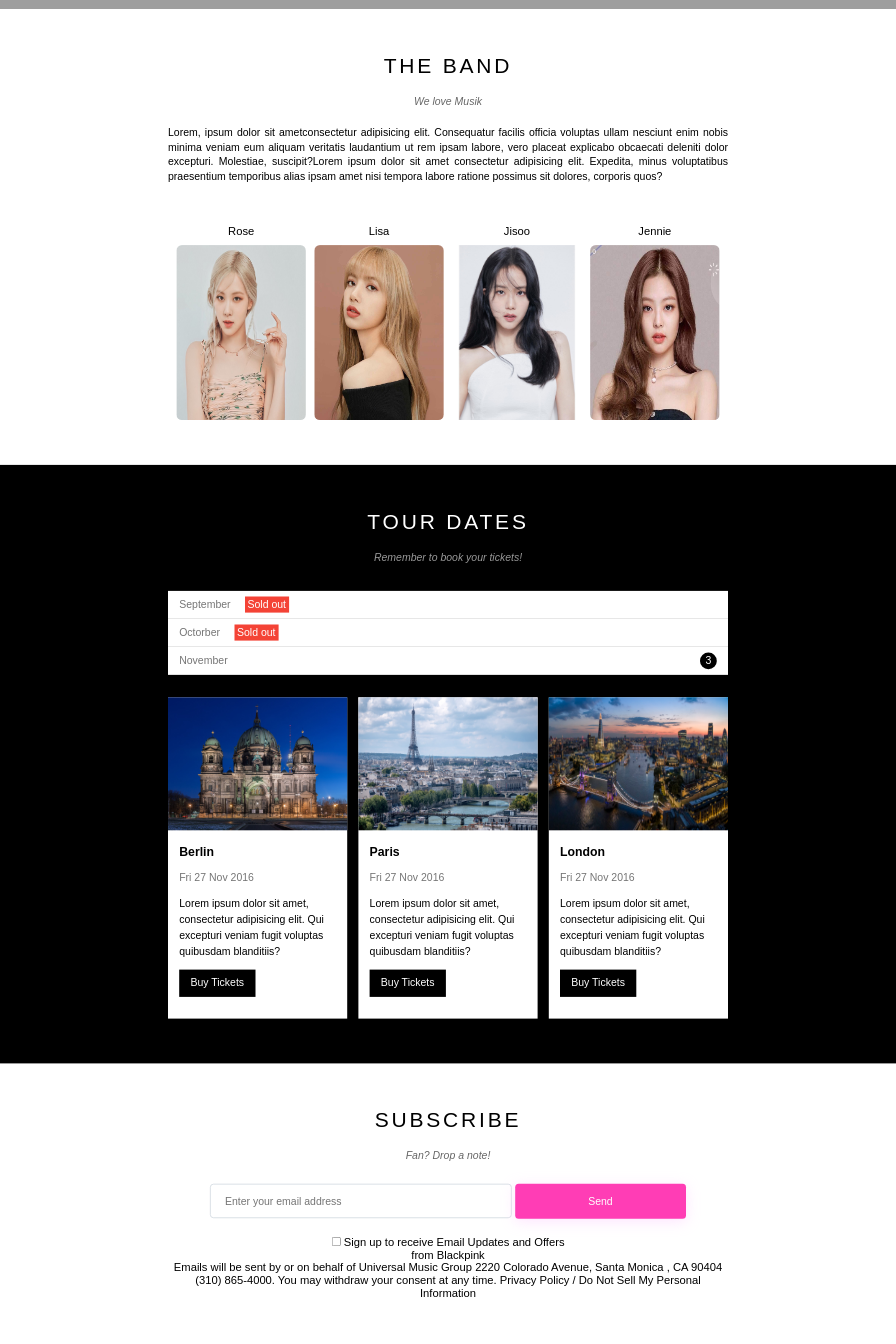
Repository: AiTrinh303/First-Project
Page: /
An editor plug-in stored every save of this project. The page is shown before and after the next save, followed by the edit.
The browser window is 1280 px wide. The pictures show the part of the page from y = 673 to 2593 px (the page is 2593 px tall before and 2561 px after), at 70% of full size.
Pictures or frames that could not be fetched are drawn as grey boxes. The project was rebuilt for these pictures with package versions that can differ from the ones it lists, and the page was loaded fresh each time.

Above is the page before, as saved 2024-01-23 10:20:46.

### index.html
<!DOCTYPE html>
<html lang="en">
<head>
    <meta charset="UTF-8">
    <meta name="viewport" content="width=device-width, initial-scale=1.0">
    <title>Singer Website</title>
    <link rel="stylesheet" href="./fonts/themify-icons-font/themify-icons/themify-icons.css">
    <link rel="stylesheet" href="./src/styles/main.css">
</head>
<body>
   <div id="main">

        <div id="header">
            <ul id="nav">
                <li><a href="">Home</a></li>
                <li><a href="">Band</a></li>
                <li><a href="">Tour</a></li>
                <li><a href="">Contact</a></li>
                <li>
                    <a href="#">
                        More
                        <i class="nav-arrown-down ti-angle-down"></i>
                     </a>
                    <ul class="subnav">
                        <li><a href="">Merchandise</a></li>
                        <li><a href="">Extras</a></li>
                        <li><a href="">Media</a></li>
                    </ul>
                </li>
            </ul>

            <div class="search-btn">
                <i class="search-icon ti-search"></i>

            </div>
        </div>

        <div id="slider">

            <div class="text-content">
                <h2 class="text-heading">Black Pink</h2>
                <p class="text-description">Lorem ipsum dolor, sit amet consectetur adipisicing elit. Harum, nemo!</p>
            </div>

        </div>

        <div id="content">
            <!-- About Section -->
            <div class="content-section">
                <h2 class="section-heading">THE BAND</h2>
                <p class="section-sub-heading">We love Musik</p>
                <p class="about-text">Lorem, ipsum dolor sit ametconsectetur adipisicing elit. Consequatur facilis officia voluptas ullam nesciunt enim nobis minima veniam eum aliquam veritatis laudantium ut rem ipsam labore, vero placeat explicabo obcaecati deleniti dolor excepturi. Molestiae, suscipit?Lorem ipsum dolor sit amet consectetur adipisicing elit. Expedita, minus voluptatibus praesentium temporibus alias ipsam amet nisi tempora labore ratione possimus sit dolores, corporis quos?</p>

                <div class="members-list">
                    <div class="member-item">
                        <p class="member-name">Rose</p>
                        <img src="./src/img/rose.png " alt="Rose" class="member-img" >
                    </div>

                    <div class="member-item">
                        <p class="member-name">Lisa</p>
                        <img src="./src/img/Lisa2.jpg" alt="Lisa" class="member-img" >
                    </div>

                    <div class="member-item">
                        <p class="member-name">Jisoo</p>
                        <img src="./src/img/jisoo.jpeg" alt="Jisoo" class="member-img" >
                    </div>

                    <div class="member-item">
                        <p class="member-name">Jennie</p>
                        <img src="./src/img/Jennie.jpg" alt="Jennie" class="member-img" >
                    </div>
                </div>
            </div>

            <!-- Tour Section -->
            <div class="tour-section">

                <div class="content-section">
                    <h2 class="section-heading text-white">TOUR DATES</h2>
                    <p class="section-sub-heading text-white">Remember to book your tickets!</p>

                    <ul class="tickets-list">
                        <li>September <span class="sold-out">Sold out</span></li>
                        <li>Octorber <span class="sold-out">Sold out</span></li>
                        <li>November <span class="quantity">3</span></li>
                    </ul>

                    <div class="places-list">
                        <div class="place-item">
                            <img src="./src/img/Berlin.jpg" alt="Berlin" class="place-img" >
                            <div class="place-body">
                                <h3 class="place-heading">Berlin</h3>
                                <p class="place-time">Fri 27 Nov 2016</p>
                                <p class="place-desc">Lorem ipsum dolor sit amet, consectetur adipisicing elit. Qui excepturi veniam fugit voluptas quibusdam blanditiis?</p>
                                <a href="#" class="place-btn">Buy Tickets</a>
                            </div>
                        </div>

                        <div class="place-item">
                            <img src="./src/img/Paris.jpg" alt="Paris" class="place-img" >
                            <div class="place-body">
                                <h3 class="place-heading">Paris</h3>
                                <p class="place-time">Fri 27 Nov 2016</p>
                                <p class="place-desc">Lorem ipsum dolor sit amet, consectetur adipisicing elit. Qui excepturi veniam fugit voluptas quibusdam blanditiis?</p>
                                <a href="#" class="place-btn">Buy Tickets</a>
                            </div>
                        </div>

                        <div class="place-item">
                            <img src="./src/img/London.jpeg" alt="London" class="place-img">
                            <div class="place-body">
                                <h3 class="place-heading">London</h3>
                                <p class="place-time">Fri 27 Nov 2016</p>
                                <p class="place-desc">Lorem ipsum dolor sit amet, consectetur adipisicing elit. Qui excepturi veniam fugit voluptas quibusdam blanditiis?</p>
                                <a href="#" class="place-btn">Buy Tickets</a>
                            </div>
                        </div>
                    </div>
                </div>

            </div>

            <!-- Contact Section -->
            <!-- Contact -->
            <div id="contact">
                <div class="content-section">
                    <h2 class="section-heading">SUBSCRIBE</h2>
                    <p class="section-sub-heading">Fan? Drop a note!</p>
                    <div class="form-wrap">

                        <div class="form">
                            <input type="email" class="form__email" placeholder="Enter your email address" />
                            <button class="form__button">Send</button>
                        </div>
                        <div class="notice">
                            <input type="checkbox">
                            <span class="notice__copy">Sign up to receive Email Updates and Offers from Blackpink</span>
                        </div>
                        <p class="form-notice">Emails will be sent by or on behalf of Universal Music Group 2220 Colorado Avenue, Santa Monica , CA 90404 (310) 865-4000. You may withdraw your consent at any time. Privacy Policy / Do Not Sell My Personal Information</p>
                    </div>
                </div>
            </div>






        <div id="footer">

        </div>

   </div>
</body>
</html>

### src/styles/main.css
* {
  padding: 0;
  margin: 0;
  box-sizing: border-box;
}

html {
  scroll-behavior: smooth;
  font-family: Arial, Helvetica, sans-serif;
}

.text-white {
  color: white;
}

#header {
  height: 46px;
  background-color: #000;
  position: fixed;
  top: 0;
  left: 0;
  right: 0;
  z-index: 1;
}

#nav {
  display: inline-block;
}

#nav, .subnav {
  list-style: none;
}

#nav > li {
  display: inline-block;
}

#nav li {
  position: relative;
}

#nav > li > a {
  color: #fff;
  text-transform: uppercase;
}

#nav li a {
  color: #fff;
  text-decoration: none;
  line-height: 46px;
  padding: 0 24px;
  display: block;
}

#nav li:hover .subnav {
  display: block;
}

#nav > li:hover > a,
#nav .subnav li:hover a {
  color: #000;
  background-color: #ccc;
}

#nav .subnav {
  display: none;
  min-width: 160px;
  position: absolute;
  background-color: #fff;
  box-shadow: 0 0 10px rgba(0, 0, 0, 0.3);
  top: 100%;
  left: 0;
}

#nav .nav-arrown-down {
  font-size: 14px;
}

#nav .subnav a {
  color: #000;
  padding: 0 12px;
  line-height: 38px;
}

#header .search-btn {
  float: right;
  padding: 0 21px;
}

#header .search-btn:hover {
  background-color: #f44336;
  cursor: pointer;
}

#header .search-icon {
  color: #fff;
  font-size: 20px;
  line-height: 46px;
}

#slider {
  position: relative;
  margin-top: 46px;
  padding-top: 50%;
  background: url("../img/slider-1.jpg") center/100% no-repeat;
}

#slider .text-content {
  position: absolute;
  bottom: 47px;
  color: #fff;
  width: 100%;
  text-align: center;
}

#slider .text-heading {
  font-weight: 500;
  font-size: 24px;
}

#slider .text-decoration {
  font-size: 15px;
  margin-top: 25px;
}

#content .content-section {
  width: 800px;
  padding: 64px 0;
  margin-left: auto;
  margin-right: auto;
}

#content .section-heading {
  font-size: 30px;
  font-weight: 500;
  letter-spacing: 4px;
  text-align: center;
}

#content .section-sub-heading {
  font-size: 15px;
  margin-top: 25px;
  text-align: center;
  font-style: italic;
  opacity: 0.6;
}

#content .about-text {
  margin-top: 25px;
  font-size: 15px;
  text-align: justify;
  line-height: 1.4;
}

#content .member-item {
  display: flex;
  flex-direction: column;
  align-items: center;
}

#content .member-name {
  line-height: 2.5;
}

#content .members-list {
  margin-top: 48px;
  display: flex;
  justify-content: space-evenly;
}

#content .member-img {
  width: 185px;
  min-height: 250px;
  border-radius: 8px;
}

.tour-section {
  background: #000;
}

.tickets-list {
  background-color: #fff;
  margin-top: 40px;
}

.tickets-list li {
  font-size: 15px;
  color: #757575;
  padding: 11px 16px;
  border-bottom: 1px solid #ddd;
  list-style-type: none;
}

.tickets-list .sold-out {
  background-color: #f44336;
  color: #fff;
  padding: 3px 4px;
  margin-left: 16px;
}

.tickets-list .quantity {
  float: right;
  width: 24px;
  height: 24px;
  background-color: #000;
  color: #fff;
  border-radius: 50%;
  text-align: center;
  line-height: 24px;
  margin-top: -3px;
}

.places-list {
  display: flex;
  gap: 16px;
  justify-content: space-between;
  margin-top: 32px;
}

.places-list .place-item {
  background-color: #fff;
}

.places-list .place-img {
  width: 100%;
  height: 190px;
}

.places-list .place-img:hover {
  opacity: 0.6;
  cursor: pointer;
}

.places-list .place-body {
  padding: 15px 16px;
  min-height: 205px;
  font-size: 15px;
  line-height: 22.5px;
}

.place-body .place-heading {
  font-weight: 700;
}

.place-body .place-time {
  margin: 15px 0;
  color: #757575;
}

.place-body .place-btn {
  align-items: flex-start;
  background-color: #000;
  display: inline-block;
  font-size: 15px;
  line-height: 22.5px;
  margin: 15px 0px 16px 0px;
  padding: 8px 16px;
  text-align: center;
  color: #fff;
  text-decoration: none;
}

.place-body .place-btn:hover {
  color: #000;
  background-color: #ccc;
}


/* contact form */

.form-wrap{

  margin-top: 32px;
  text-align: center;
  display: flex;
  flex-direction: column;
  align-items: center;

}
.form {
margin-bottom: 25px;
}

.form__email {
padding: 15px 20px;
border-radius: 5px;
border: 1px solid #CAD3DB;
width: 431px;
font-size: 15px;
color: #0F121F;
}

.form__email:focus {
outline: 1px solid #ff3db5;
}

.form__button {
background: #ff3db5;
padding: 5px;
border: none;
width: 244px;
height: 50px;
border-radius: 5px;
font-size: 15px;
color: white;
box-shadow: 0 4px 20px rgba(254, 216, 255, 0.7);
}

.form__button:hover {
box-shadow: 0 10px 20px rgba(254, 216, 255, 0.7);
}

.notice {
width: 345px;
}

.form .form-notice{
  font-size: 10px;
}

#footer{

}

Loaded but not shown: fonts/themify-icons-font/themify-icons/themify-icons.css (common file)

After the next save:
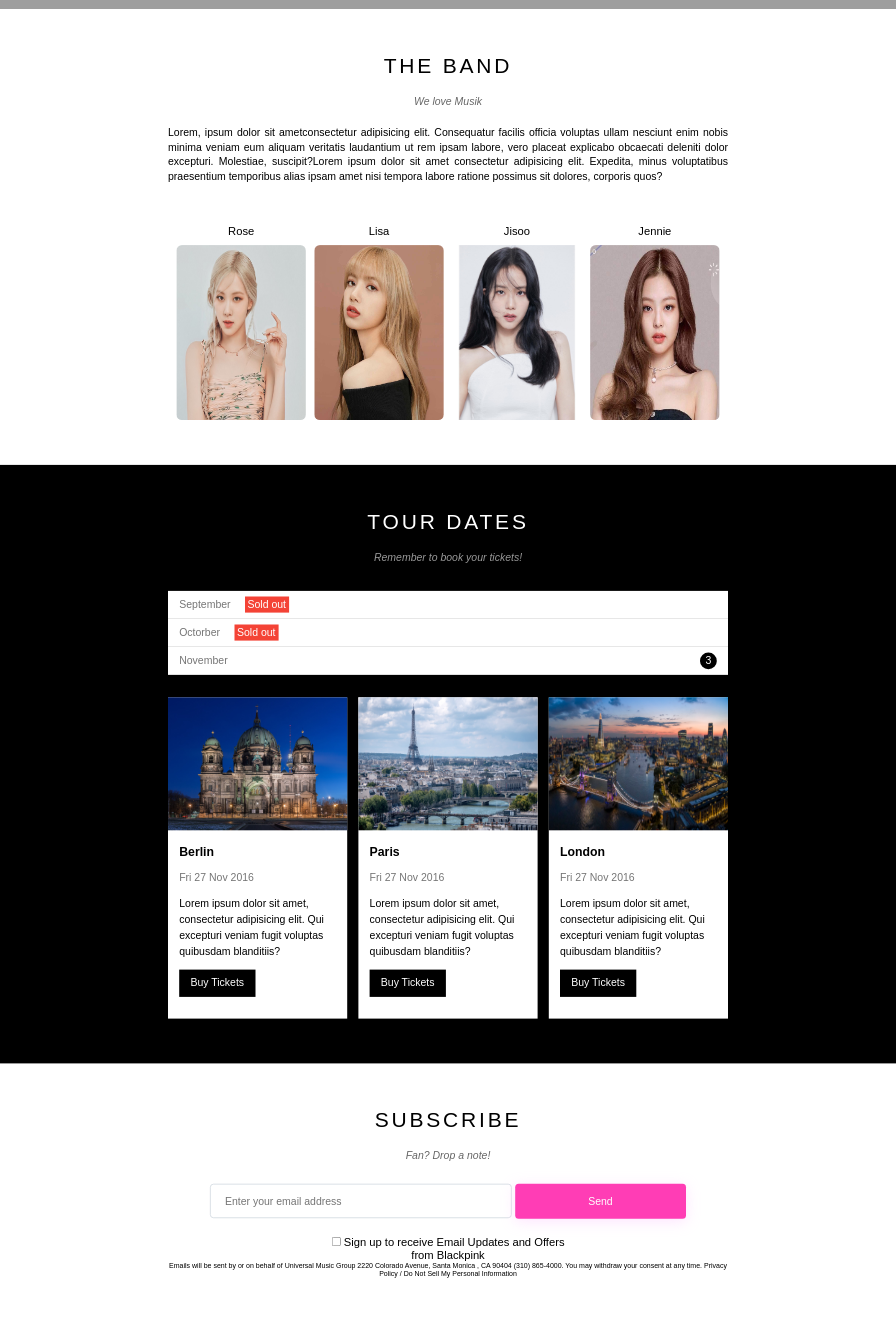
Saved 15 s later.
--- a/src/styles/main.css
+++ b/src/styles/main.css
@@ -314,7 +314,7 @@ box-shadow: 0 10px 20px rgba(254, 216, 255, 0.7);
 width: 345px;
 }
 
-.form .form-notice{
+.form-notice{
   font-size: 10px;
 }
 
